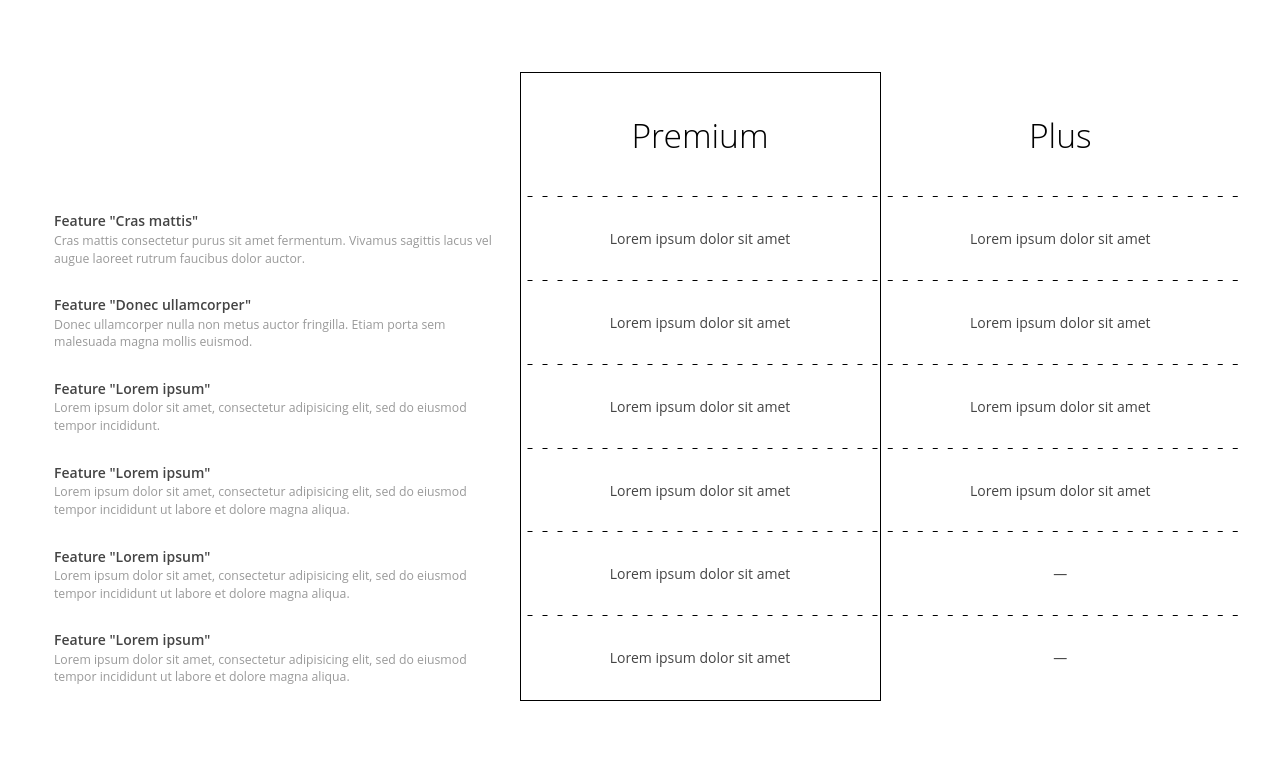
Repository: darlino/gotyu_shopify_section
Page: gotyu_table210223/index.html
These files come from the project's save history. The page is drawn as it stood at one moment and after a run of saves; the edit follows.
The browser window is 1280 px wide. The pictures show the whole page.

Above is the page before, as saved 2023-02-21 13:04:35.

After the next 2 saves:
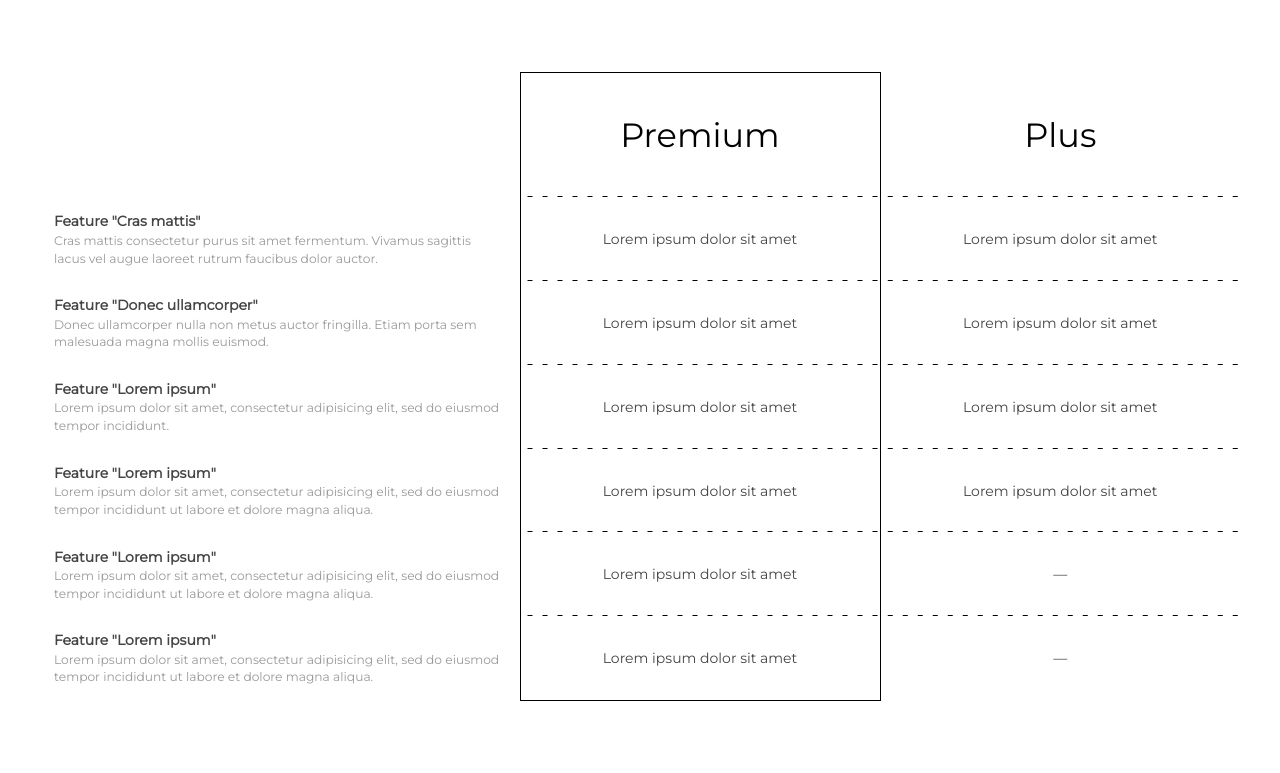
The 2 saves are shown as one change because they came seconds apart.
The last was saved 2 min 26 s later.
--- a/gotyu_table210223/style.css
+++ b/gotyu_table210223/style.css
@@ -1,6 +1,6 @@
 body {
   background: #fff;
-  font: 400 1em/1.4 "Open Sans", "Helvetica Neue", sans-serif;
+  font-family: "Montserrat", sans-serif;
   color: #333;
   text-align: center;
   padding: 4em 2em;
